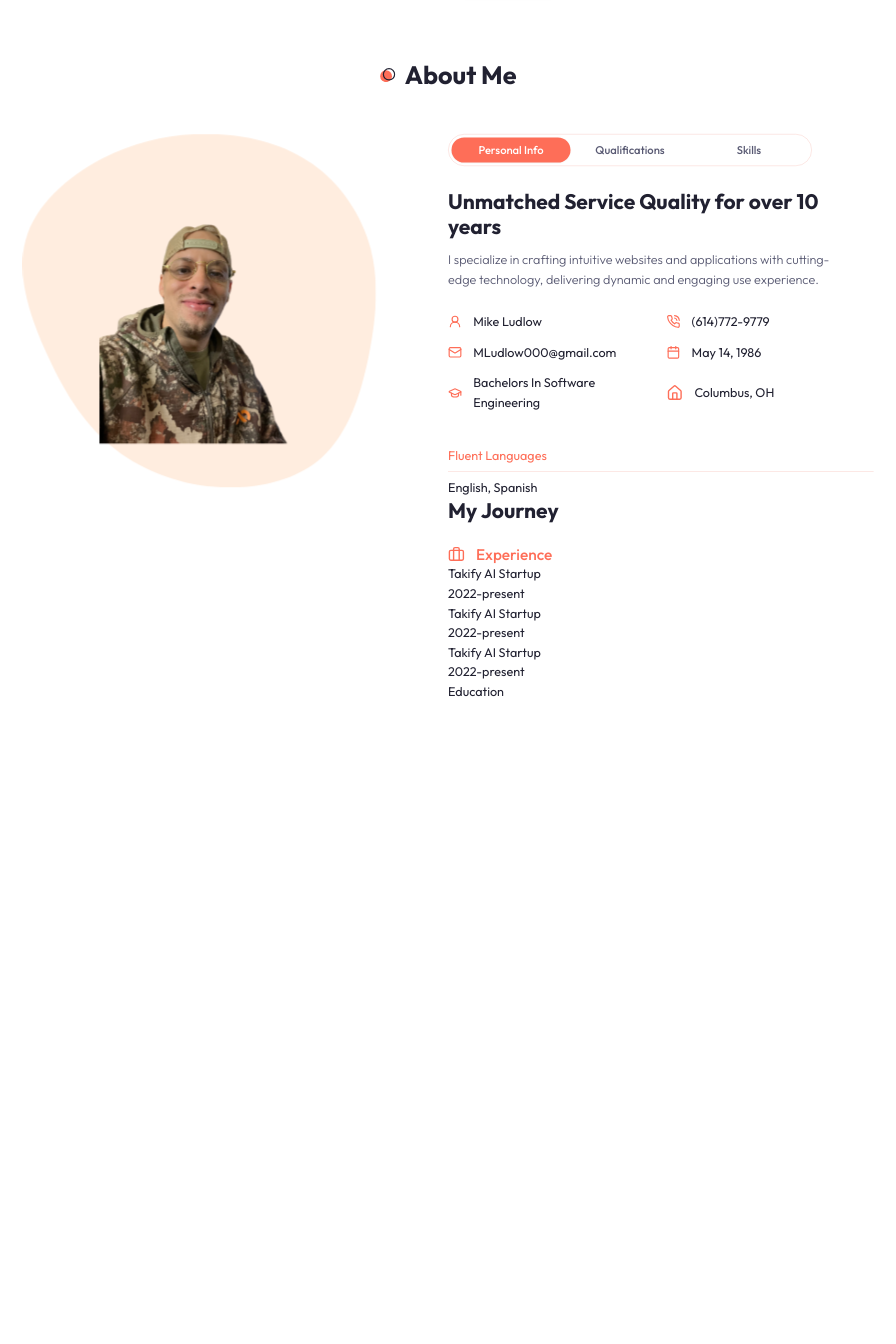
Repository: MikeeBuilds/mike-port
Page: /
An editor plug-in stored every save of this project. The page is shown before and after a run of saves, followed by the edit.
The browser window is 1280 px wide. The pictures show the part of the page from y = 715 to 2635 px (the page is 5591 px tall), at 70% of full size.
The project was rebuilt for these pictures with package versions that can differ from the ones it lists, and the page was loaded fresh each time. The framework's server and built-in components were replaced by stand-ins that run in the browser. Also part of the build but not shown: next.config.js.

Above is the page before, as saved 2023-11-30 22:18:31.

### app/layout.jsx
import { Outfit } from 'next/font/google'
import './globals.css'
import Header from '@/components/Header'
import Footer from '@/components/Footer'
import { ThemeProvider } from '@/components/ThemeProvider'

const outfit = Outfit({ subsets: ['latin'] })

export const metadata = {
  title: 'Mike Ludlow | Dev',
  description: 'Generated by create next app',
}

export default function RootLayout({ children }) {
  return (
    <html lang="en" suppressHydrationWarning>
      <body className={outfit.className}
      >
        <ThemeProvider attribute="class" defaultTheme="light">
          <Header />
            {children}
          <Footer />
        </ThemeProvider>
      </body>
    </html>
  )
}

### app/page.jsx
import About from '@/components/About'
import Hero from '@/components/Hero'
import { main } from 'json'
import Image from 'next/image'

export default function Home() {
  return (
    <main>
      <Hero/>
      <About/>
    </main>
  )
}

### app/globals.css
@tailwind base;
@tailwind components;
@tailwind utilities;

@layer base {
  @layer base {
    :root {
      --background: 0 0% 100%;
      --foreground: 240 19% 16%;
      --card: 0 0% 100%;
      --card-foreground: 240 19% 16%;
      --popover: 0 0% 100%;
      --popover-foreground: 20 14.3% 4.1%;
      --primary: 8 99% 67%;
      --primary-foreground: 300 0% 100%;
      --secondary: 240 19% 16%;
      --secondary-foreground: 300 0% 100%;
      --tertiary: 27 82% 98%;
      --muted: 60 4.8% 95.9%;
      --muted-foreground: 237 13% 40%;
      --accent: 237 9% 96%;
      --accent-foreground: 24 9.8% 10%;
      --destructive: 0 84.2% 60.2%;
      --destructive-foreground: 60 9.1% 97.8%;
      --border: 8 82% 92%;
      --input: 8 82% 92%;
      --ring: 9 99% 67%;
      --radius: 1rem;
    }

    .dark {
      --background: 237 22% 20%;
      --foreground: 60 9.1% 97.8%;
      --card: 240 19% 16%;
      --card-foreground: 300 0% 100%;
      --popover: 20 14.3% 4.1%;
      --popover-foreground: 60 9.1% 97.8%;
      --primary: 8 99% 67%;
      --primary-foreground: 300 0% 100%;
      --secondary: 240 19% 16%;
      --secondary-foreground: 300 0% 100%;
      --tertiary: 237 22% 20%;
      --muted: 12 6.5% 15.1%;
      --muted-foreground: 237 13% 63%;
      --accent: 240 19% 16%;
      --accent-foreground: 300 0% 100%;
      --destructive: 0 72.2% 50.6%;
      --destructive-foreground: 60 9.1% 97.8%;
      --border: 237 22% 23%;
      --input: 237 22% 23%;
      --ring: 8 99% 67%;
    }
  }
}

@layer base {
  * {
    @apply border-border;
  }
  body {
    @apply bg-background text-foreground;
  }
}

.h1 {
  @apply text-6xl xl:text-[72px] xl:leading-[80px] tracking-[-2px] font-bold;
}

.h2 {
  @apply text-4xl font-bold;
}

.h3 {
  @apply text-3xl font-bold;
}

.h4 {
  @apply text-[22px] font-semibold;
}

.subtitle {
  @apply text-muted-foreground text-lg mb-8 font-light;

}
.section-title {
  @apply text-4xl font-bold relative w-max flex items-center justify-between gap-x-3
  before:bg-dots_light before:dark:bg-dots_dark before:bg-no-repeat before:bg-center
  before:w-[24px] before:h-[24px];
}

.badge {
  @apply z-10 w-[200px] h-[68px] bg-white dark:backdrop-blur-[44px] shadow-2xl p-4 rounded-[10px] flex items-center gap-x-4;
}

### components/Header.jsx
"use client";
import React, { useState, useEffect } from "react";

// components
import Logo from "./Logo";
import ThemeToggler from "./ThemeToggler";
import Nav from "./Nav";
import MobileNav from "./MobileNav";
import { usePathname } from "next/navigation";

const Header = () => {
  const [header, setHeader] = useState(false);
  const pathname = usePathname();

  useEffect(() => {
    const scrollYpos = window.addEventListener("scroll", () => {
      window.scrollY > 50 ? setHeader(true) : setHeader(false);
    });

    // remove event
    return () => window.removeEventListener("scroll", scrollYpos);
  });

  return (
    <header
      className={`${
        header
          ? "py-4 bg-white shadow-lg dark:bg-accent"
          : "py-6 dark:bg-transparent"
      } sticky top-0 z-30 transition-all ${pathname === '/' && 'bg-white'}`}
    >
      <div className="container mx-auto">
        <div className="flex justify-between items-center">
          <Logo />
          <div className="flex items-center gap-x-6">
            {/* nav */}
            <Nav
              containerStyles="hidden xl:flex gap-x-8 items-center"
              linkStyles="relative hover:text-primary transition-all"
              underlineStyles="absolute left-0 top-full h-[2px] bg-primary w-full"
            />
            <ThemeToggler />
            {/* mobile nav */}
            <div className="lg:hidden">
              <MobileNav />
            </div>
          </div>
        </div>
      </div>
    </header>
  );
};

export default Header;

### components/Footer.jsx

const Footer = () => {
  return (
    <footer>Footer</footer>
  )
}

export default Footer

### components/ThemeProvider.jsx
"use client"


import {
    ThemeProvider as NextThemesProvider
} from "next-themes";



export function ThemeProvider({ children, ...props}) {
    return <NextThemesProvider {...props}>{children}</NextThemesProvider>
}

### components/About.jsx
import DevImg from "./DevImg";
import image from "next/image";
import { Tabs, TabsContent, TabsList, TabsTrigger } from "@/components/ui/tabs";

import {
  User2,
  MailIcon,
  HomeIcon,
  PhoneCall,
  GraduationCap,
  Calendar,
  Briefcase,
} from "lucide-react";

const infoData = [
  {
    icon: <User2 size={20} />,
    text: "Mike Ludlow",
  },
  {
    icon: <PhoneCall size={20} />,
    text: "(614)772-9779",
  },
  {
    icon: <MailIcon size={20} />,
    text: "MLudlow000@gmail.com",
  },
  {
    icon: <Calendar size={20} />,
    text: "May 14, 1986",
  },
  {
    icon: <GraduationCap size={20} />,
    text: "Bachelors In Software Engineering",
  },
  {
    icon: <HomeIcon sizes={20} />,
    text: "Columbus, OH",
  },
];

const qualificationData = [
  {
    title: "education",
    data: [
      {
        university: "Columbus State Community College",
        qualification: "Bachelor Of Science",
        years: "2019-2024",
      },
      {
        university: "Learn Web3",
        qualification: "Ethereum Developer Degree",
        years: "2022-2023",
      },
      {
        university: "Alchemy University",
        qualification: "Learn Javascript",
        years: "2023",
      },
    ],
  },
  {
    title: "experience",
    data: [
      {
        company: "Takify AI Startup",
        qualification: "Software Developer",
        years: "2022-present",
      },
      {
        company: 'Takify AI Startup',
        qualification: 'Software Developer',
        years: '2022-present'
      },
      {
        company: 'Takify AI Startup',
        qualification: 'Software Developer',
        years: '2022-present'
      },
    ],
  },
];

const skillData = [
  {
    title: "skills",
    data: [
      {
        name: "HTML, CSS",
      },
      {
        name: "Front-end Development",
      },
      {
        name: "Javascript, PHP",
      },
      {
        name: "Back-end Development",
      },
    ],
  },
  {
    title: "tools",
    data: [
      {
        imgPath: "/about/vscode.svg",
      },
      {
        imgPath: "/about/figma.svg",
      },
      {
        imgPath: "/about/notion.svg",
      },
      {
        imgPath: "/about/wordpress.svg",
      },
    ],
  },
];

const About = () => {
  const getData = (arr, title) => {
    return arr.find((item) => item.title === title);
  };

  return (
    <section className="xl:h-[860px] pb-12 xl:py-24">
      <div className="container mx-auto">
        <h2 className="section-title mb-8 xl:mb-16 text-center mx-auto">
          About Me
        </h2>
        <div className="flex flex-col xl:flex-row">
          {/* iamge */}
          <div className="hidden xl:flex flex-1 relative">
            <DevImg
              containerStyles="bg-about_shape_light dark:bg-about_shape_dark w-[505px] h-[505px] bg-no-repeat relative"
              imgSrc="/about/developer.png"
            />
          </div>
          {/* tabs */}
          <div className="flex-1">
            <Tabs defaultValue="personal">
              <TabsList className="w-full grid xl:grid-cols-3 xl:max-w-[520px] xl:border dark:border-none">
                <TabsTrigger className="w-[162px] xl:w-auto" value="personal">
                  Personal Info
                </TabsTrigger>
                <TabsTrigger
                  className="w-[162px] xl:w-auto"
                  value="qualifications"
                >
                  Qualifications
                </TabsTrigger>
                <TabsTrigger className="w-[162px] xl:w-auto" value="skills">
                  Skills
                </TabsTrigger>
              </TabsList>
              {/* tabs content */}
              <div className="text-lg mt:12 xl:mt-8">
                {/* personal */}
                <TabsContent value="personal">
                  <div className="text-center xl:text-left">
                    <h3 className="h3 mb-4">
                      Unmatched Service Quality for over 10 years
                    </h3>
                    <p className="subtitle max-w-xl mx-auto xl:mx-0">
                      I specialize in crafting intuitive websites and
                      applications with cutting-edge technology, delivering
                      dynamic and engaging use experience.
                    </p>
                    {/* icons */}
                    <div className="grid xl:grid-cols-2 gap-4 mb-12">
                      {infoData.map((item, index) => {
                        return (
                          <div
                            className="flex items-center gap-x-4 mx-auto xl:mx-0"
                            key={index}
                          >
                            <div className="text-primary">{item.icon}</div>
                            <div>{item.text}</div>
                          </div>
                        );
                      })}
                    </div>
                    {/* Languages */}
                    <div className="flex flex-col gap-y-2">
                      <div className="text-primary">
                        Fluent Languages
                      </div>
                      <div className="border-b border-border"></div>
                      <div>English, Spanish</div>
                    </div>
                  </div>
                </TabsContent>
                {/* qualifications */}
                <div className="">
                  <h3 className="h3 mb-8 text-center xl:text-left">My Journey</h3>
                  {/* experience & education wrapper */}
                  <div>
                    {/* experience */}
                    <div>
                      <div className="flex gap-x-4 items-center text-[22px] text-primary">
                        <Briefcase/>
                        <h4 className="capitalize font-medium">
                          {getData(qualificationData, 'experience').title}
                        </h4>
                      </div>
                      {/* list */}
                      <div>
                        {getData(qualificationData, 'experience').data.map((item, index) => {
                          const {company, role, years} = item;
                          return (
                            <div key={index}>
                              <div>{company}</div>
                              <div>{role}</div>
                              <div>{years}</div>
                            </div>
                          )
                        })}
                      </div>
                    </div>
                    {/* education */}
                    <div>Education</div>
                  </div>
                </div>
                <TabsContent value="qualifications">
                  qualifications info
                </TabsContent>
                <TabsContent value="skills">skills info</TabsContent>
              </div>
            </Tabs>
          </div>
        </div>
      </div>
    </section>
  );
};

export default About;

### components/Logo.jsx
import Link from "next/link";
import Image from "next/image";


const Logo = () => {
  return (
    <Link href="/">
        <Image src='/logo.svg' width={54} height={54} priority alt="logo"/>
    </Link>
  )
}

export default Logo

### components/ThemeToggler.jsx
"use client";

import { Button } from "./ui/button";
import { MoonIcon, SunIcon } from "@radix-ui/react-icons";
import { useTheme } from "next-themes";

const ThemeToggler = () => {
  const { theme, setTheme } = useTheme();
  return (
    <Button variant='outline' size="outline" onClick={() => setTheme(theme === 'dark' ? 'light' : 'dark')}>
      <SunIcon
        className="h-[1.2rem] w-[1.2rem] rotate-0 scale-100 transition-all
      dark:rotate-90 dark:scale-0"
      />
      <MoonIcon
        className="absolute h-[1.2rem] w-[1.2rem] rotate-90 scale-0 transition-all
       dark:rotate-0 dark:scale-100"
      />
    </Button>
  );
};

export default ThemeToggler;

### components/Nav.jsx
import Link from "next/link";

//next hooks
import { usePathname } from "next/navigation";

//framer motion
import { motion } from "framer-motion";

const links = [
  { path: "/", name: "home" },
  { path: "/projects", name: "my projects" },
  { path: "/contact", name: "contact" },
];

const Nav = ({ containerStyles, linkStyles, underlineStyles }) => {
  const path = usePathname();
  return (
    <nav className={`${containerStyles}`}>
      {links.map((link, index) => {
        return (
          <Link
            href={link.path}
            key={index}
            className={`capitalize ${linkStyles}`}
          >
            {link.path === path && (
              <motion.span
                initial={{ y: "-100%" }}
                animate={{ y: 0 }}
                transition={{ type: "tween" }}
                layoutId="underline"
                className={`${underlineStyles}`}
              />
            )}
            {link.name}
          </Link>
        );
      })}
    </nav>
  );
};

export default Nav;

### components/MobileNav.jsx
import { Sheet, SheetContent, SheetTrigger } from "@/components/ui/sheet";
import { AlignJustify } from "lucide-react";

import Nav from "./Nav";
import Logo from "./Logo";
import Socials from "./Socials";

const MobileNav = () => {
  return (
    <Sheet>
      <SheetTrigger asChild>
        <AlignJustify className="cursor-pointer" />
      </SheetTrigger>
      <SheetContent>
        <div className="flex flex-col items-center justify-between h-full py-8">
          <div className="flex flex-col items-center gap-y-32">
            <Logo />
            <Nav
              containerStyles="flex flex-col items-center gap-y-6"
              linkStyles="text-2xl"
            />
          </div>
            <Socials containerStyles='flex gap-x-4' iconStyles='text-2xl'/>
        </div>
      </SheetContent>
    </Sheet>
  );
};

export default MobileNav;

### components/DevImg.jsx
import Image from "next/image";

const DevImg = ({ containerStyles, imgSrc }) => {
  return <div className={`${containerStyles}`}>
    <Image src={imgSrc} fill priority alt="" />
  </div>;
};

export default DevImg;

### components/ui/tabs.jsx
"use client";

import * as React from "react";
import * as TabsPrimitive from "@radix-ui/react-tabs";

import { cn } from "@/lib/utils";

const Tabs = TabsPrimitive.Root;

const TabsList = React.forwardRef(({ className, ...props }, ref) => (
  <TabsPrimitive.List
    ref={ref}
    className={cn(
      "inline-flex items-center justify-center xl:bg-white p-1 text-muted-foreground rounded-[30px] dark:md:bg-secondary",
      className
    )}
    {...props}
  />
));
TabsList.displayName = TabsPrimitive.List.displayName;

const TabsTrigger = React.forwardRef(({ className, ...props }, ref) => (
  <TabsPrimitive.Trigger
    ref={ref}
    className={cn(
      "inline-flex items-center justify-center whitespace-nowrap rounded-full px-3 py-1.5 text-base font-medium ring-offset-background transition-all focus-visible:outline-none focus-visible:ring-2 focus-visible:ring-ring focus-visible:ring-offset-2 disabled:pointer-events-none disabled:opacity-50 data-[state=active]:bg-primary data-[state=active]:text-white data-[state=active]:shadow-sm ",
      className
    )}
    {...props}
  />
));
TabsTrigger.displayName = TabsPrimitive.Trigger.displayName;

const TabsContent = React.forwardRef(({ className, ...props }, ref) => (
  <TabsPrimitive.Content
    ref={ref}
    className={cn(
      "mt-2 ring-offset-background focus-visible:outline-none focus-visible:ring-2 focus-visible:ring-ring focus-visible:ring-offset-2",
      className
    )}
    {...props}
  />
));
TabsContent.displayName = TabsPrimitive.Content.displayName;

export { Tabs, TabsList, TabsTrigger, TabsContent };

### components/ui/button.jsx
import * as React from "react"
import { Slot } from "@radix-ui/react-slot"
import { cva } from "class-variance-authority";

import { cn } from "@/lib/utils"

const buttonVariants = cva(
  "inline-flex items-center justify-center whitespace-nowrap rounded-full text-base font-medium ring-offset-background transition-colors focus-visible:outline-none focus-visible:ring-2 focus-visible:ring-ring focus-visible:ring-offset-2 disabled:pointer-events-none disabled:opacity-50",
  {
    variants: {
      variant: {
        default: "bg-primary text-primary-foreground hover:bg-primary/90",
        destructive:
          "bg-destructive text-destructive-foreground hover:bg-destructive/90",
        outline:
          "border border-input bg-background hover:bg-accent hover:text-accent-foreground",
        secondary:
          "bg-secondary text-secondary-foreground hover:bg-secondary/80",
        ghost: "hover:bg-accent hover:text-accent-foreground",
        link: "text-primary underline-offset-4 hover:underline",
      },
      size: {
        default: "h-[54px] px-6 py-2 min-w-[166px]",
        sm: "h-9 rounded-md px-3",
        lg: "h-11 rounded-md px-8",
        icon: "h-10 w-10",
      },
    },
    defaultVariants: {
      variant: "default",
      size: "default",
    },
  }
)

const Button = React.forwardRef(({ className, variant, size, asChild = false, ...props }, ref) => {
  const Comp = asChild ? Slot : "button"
  return (
    (<Comp
      className={cn(buttonVariants({ variant, size, className }))}
      ref={ref}
      {...props} />)
  );
})
Button.displayName = "Button"

export { Button, buttonVariants }

### components/Badge.jsx
"use client"
import CountUp from 'react-countup';

const Badge = ({
  containerstyles,
  icon,
  endCountNum,
  endCountText,
  badgeText
}) => {
  return <div className={`badge ${containerstyles}`}>
    <div className='text-3xl text-primary'>{icon}</div>
    <div className='flex items-center gap-x-2'>
      <div className='text-4-xl leading-none font-bold text-primary'>
        <CountUp end={endCountNum} delay={1} duration={4}/>
        {endCountText}
      </div>
      <div className='max-w-[70px] leadin-none text-[15px] font-medium text-black'>{badgeText}</div>
    </div>
  </div>;
};

export default Badge;

### components/Socials.jsx
'use client'

import {
  RiLinkedinFill,
  RiGithubFill,
  RiTwitterFill,
  RiInstagramFill
} from 'react-icons/ri';

import Link from 'next/link';

const icons = [
  {
    path: '/',
    name: <RiLinkedinFill />,
  },
  {
    path: '/',
    name: <RiGithubFill />,
  },{
    path: '/',
    name: <RiTwitterFill />,
  },{
    path: '/',
    name: <RiInstagramFill />,
  },
]


import React from "react";

const Socials = ({ containerStyles, iconStyles}) => {
  return <div className={`${containerStyles}`}>
    {icons.map((icon, index) => {
      return <Link href={icon.path} key={index}>
        <div className={`${iconStyles}`}>
          {icon.name}
        </div>
      </Link>
    })}
  </div>;
};

export default Socials;

Loaded but not shown: lib/utils.js (common file); tailwind.config.js (90 lines, source omitted); app/template.js (36 lines, source omitted); hooks/useScrollProgress.js (25 lines, source omitted); components/ui/sheet.jsx (109 lines, source omitted); components/Hero.jsx (90 lines, source omitted)

After the next 3 saves:
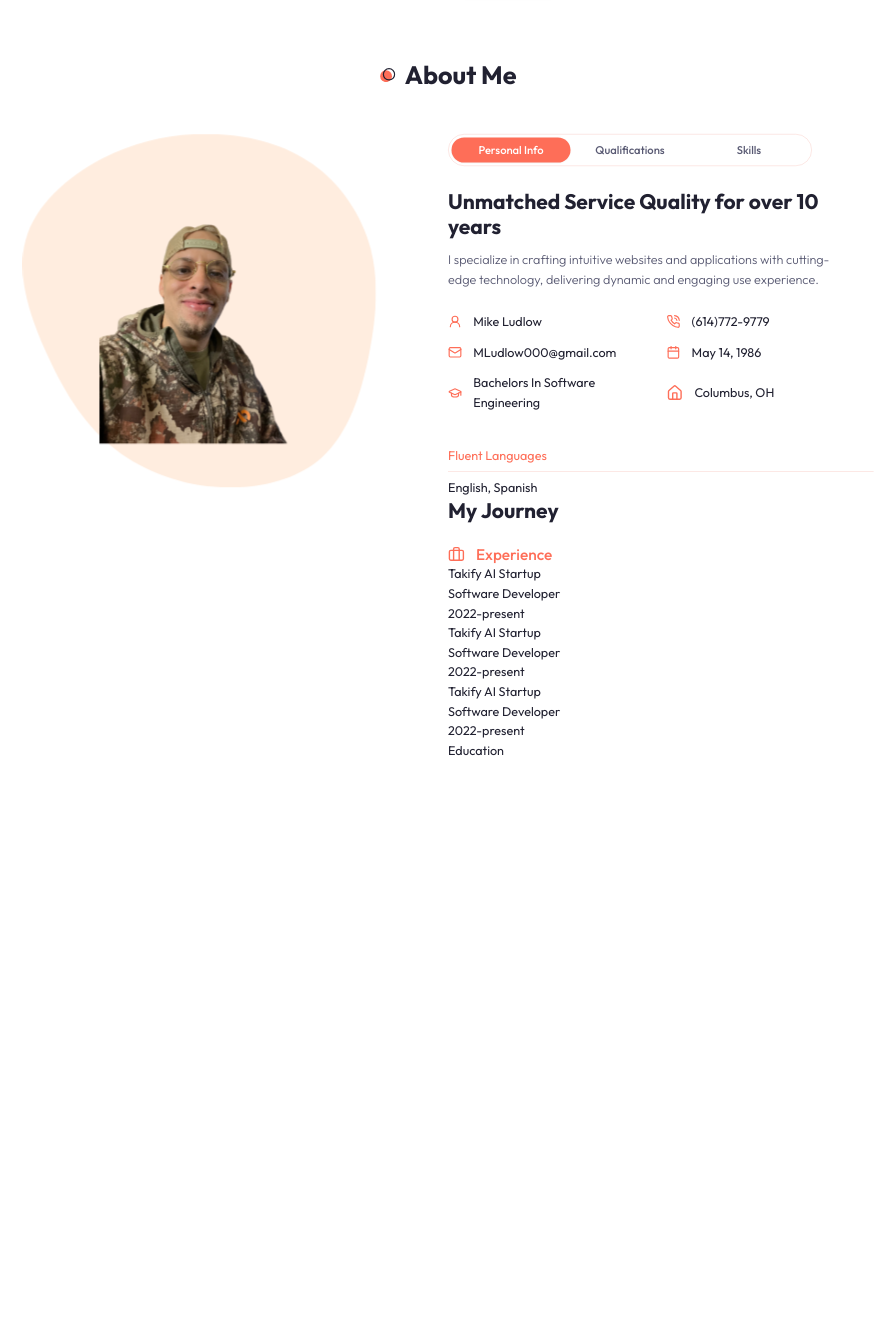
The 3 saves are shown as one change because they came seconds apart.
The last was saved 10 s later.
--- a/components/About.jsx
+++ b/components/About.jsx
@@ -65,17 +65,17 @@ const qualificationData = [
     data: [
       {
         company: "Takify AI Startup",
-        qualification: "Software Developer",
+        role: "Software Developer",
         years: "2022-present",
       },
       {
         company: 'Takify AI Startup',
-        qualification: 'Software Developer',
+        role: 'Software Developer',
         years: '2022-present'
       },
       {
         company: 'Takify AI Startup',
-        qualification: 'Software Developer',
+        role: 'Software Developer',
         years: '2022-present'
       },
     ],
